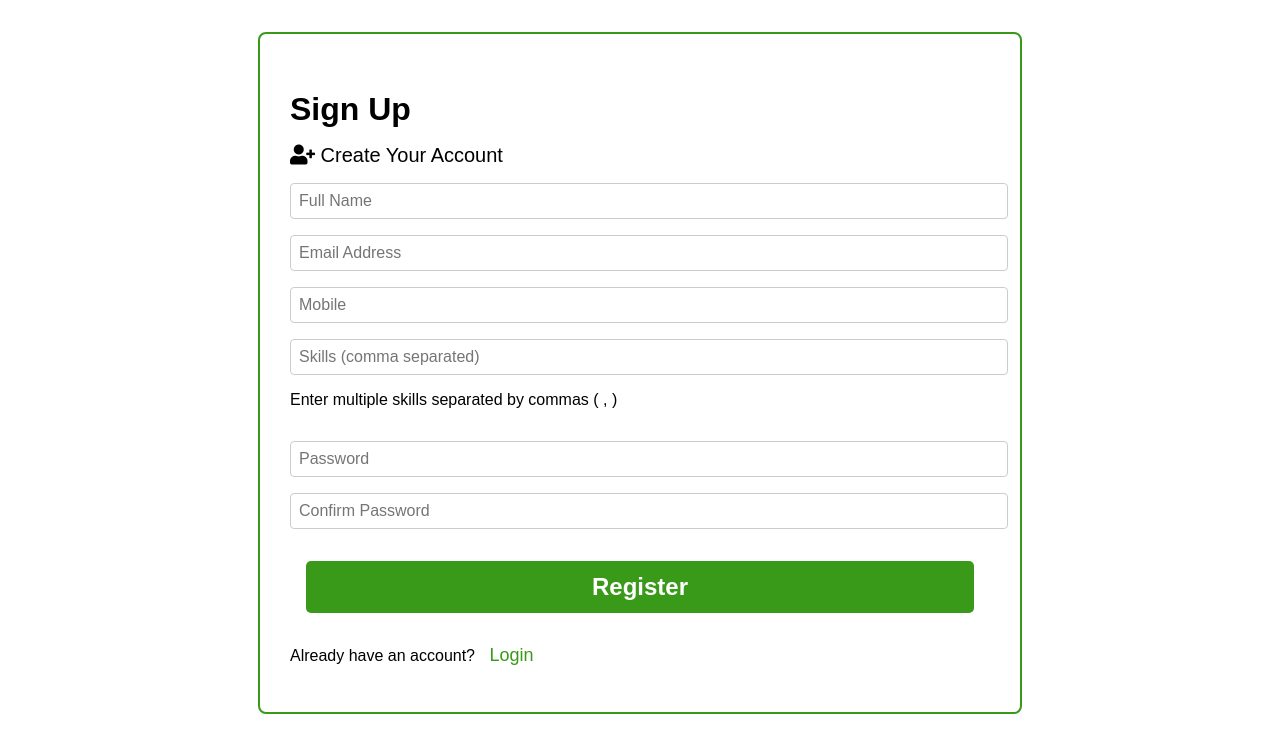
Repository: sayyad-mukthumsa-123/DevMania
Page: /register (app in frontend/)
The author's editor kept a copy of each file at every save. The page is drawn from the files as they stood at one save, then again after the next save.
The browser window is 1280 px wide. The pictures show the whole page.
The project was rebuilt for these pictures with package versions that can differ from the ones it lists, and the page was loaded fresh each time. Also part of the build but not shown: frontend/src/pages/Home.js, frontend/src/pages/login.js, frontend/src/pages/Allprofiles.js, frontend/src/pages/MyProfile.js, frontend/src/pages/Indprofile.js.

Above is the page before, as saved 2025-02-28 23:44:37.

### frontend/public/index.html
<!-- public/index.html -->
<!DOCTYPE html>
<html lang="en">
<head>
  <meta charset="UTF-8">
  <meta name="viewport" content="width=device-width, initial-scale=1.0">
  <title>Developers Hub</title>
  <link rel="stylesheet" href="https://cdnjs.cloudflare.com/ajax/libs/font-awesome/5.15.3/css/all.min.css">
</head>
<body>
  <div id="root"></div>
</body>
</html>

### frontend/src/App.js
import React from 'react'
import {BrowserRouter,Route,Routes} from 'react-router-dom'
import Home from './pages/Home'
import Login from './pages/login'
import Register from './pages/register'
import Allprofiles from './pages/Allprofiles'
import MyProfile from './pages/MyProfile'
import Indprofile from './pages/Indprofile'

const App = () => {
  return (
    <div>

      <BrowserRouter>
      <Routes>
        <Route path='/' exact Component={Home}/>
        <Route path='/login' exact Component={Login}/>
        <Route path='/register' exact Component={Register}/>
        <Route path='/allprofiles' exact Component={Allprofiles}/>
        <Route path='/myprofile' exact Component={MyProfile}/>
        <Route path='/indprofile/:fullname/:email/:skill/:id' exact Component={Indprofile}/>
      </Routes>
      </BrowserRouter>
    </div>
  )
}

export default App

### frontend/src/pages/register.js
import React, { useState } from 'react';
import { Link, useNavigate } from 'react-router-dom';
import axios from 'axios';
import '../styles/styles.css';

const Register = () => {
    const [formData, setFormData] = useState({
        fullname: '',
        email: '',
        mobile: '',
        skill: '',
        password: '',
        confirmPassword: ''
    });

    const navigate = useNavigate();

    const handleChange = e => {
        setFormData({ ...formData, [e.target.name]: e.target.value });
    };

    const handleSubmit = async e => {
        e.preventDefault();

        if (formData.password !== formData.confirmPassword) {
            alert("Passwords do not match");
            return;
        }

        try {
            const response = await axios.post('http://localhost:5000/register', formData, {
                headers: {
                    'Content-Type': 'application/json',
                }
            });

            if (response.status === 200) {
                console.log('Success:', response.data);
                alert('Registration successful! Please log in.');
                navigate('/login');
            } else {
                console.error('Error:', response.statusText);
            }
        } catch (error) {
            console.error('Error:', error);
        }
    };

    return (
        <div>
            <section className="container">
                <h1 className='large'>Sign Up</h1>
                <p className='lead'><i className="fas fa-user-plus"></i> Create Your Account</p>
                <form className='form' onSubmit={handleSubmit} autoComplete='off'>
                    <div className='form-group'>
                        <input
                            type='text'
                            placeholder='Full Name'
                            name="fullname"
                            value={formData.fullname}
                            onChange={handleChange}
                            required
                        />
                    </div>
                    <div className='form-group'>
                        <input
                            type='email'
                            placeholder='Email Address'
                            name="email"
                            value={formData.email}
                            onChange={handleChange}
                            required
                        />
                    </div>
                    <div className='form-group'>
                        <input
                            type='text'
                            placeholder='Mobile'
                            name="mobile"
                            value={formData.mobile}
                            onChange={handleChange}
                            required
                        />
                    </div>
                    <div className='form-group'>
                        <input
                            type='text'
                            placeholder='Skills (comma separated)'
                            name="skill"
                            value={formData.skill}
                            onChange={handleChange}
                            required
                        />
                        <p className='form-text'>Enter multiple skills separated by commas ( , )</p>
                    </div>
                    <div className='form-group'>
                        <input
                            type='password'
                            placeholder='Password'
                            name="password"
                            value={formData.password}
                            onChange={handleChange}
                            minLength='6'
                            required
                        />
                    </div>
                    <div className='form-group'>
                        <input
                            type='password'
                            placeholder='Confirm Password'
                            name="confirmPassword"
                            value={formData.confirmPassword}
                            onChange={handleChange}
                            minLength='6'
                            required
                        />
                    </div>
                    <input type='submit' className='btn' value="Register" />
                </form>
                <p className="text">
                    Already have an account? <Link to="/login" className='link-auth'>Login</Link>
                </p>
            </section>
        </div>
    );
}

export default Register;

### frontend/src/styles/styles.css
/* General reset */
body, html {
  margin: 0;
  padding: 0;
  font-family: Arial, sans-serif;
  width: 100%;
  min-height: 100vh;

}

/* Navbar styles */
.navbar {
  display: flex;
  justify-content: space-between;
  align-items: center;
  padding: 4px;
  font-size: x-large;
  background-color: #22580f
}

.navbar h1 a {
  color: #ffffff;
  text-decoration: none;
}

.navbar ul {
  list-style: none;
  display: flex;
  margin: 0;
  padding: 10px;
  font-size: larger;
}
.navbar ul li
{
  padding: 10px;
  transition: all 0.3s ease;
}
.navbar ul li:hover
{
  transform: scale(1.2);
}
.navbar ul li {
  margin-left: 1rem;
}

.navbar ul li a {
  color: #ffffff;
  text-decoration: none;
}

/* Landing page styles */
/* .landing {
  height: 100%;
  display: flex;
  align-items: center;
  justify-content: center;
  color: black;
  position: relative;
}

.dark-overlay {
  position: absolute;
  top: 0;
  left: 0;
  right: 0;
  bottom: 0;
}

.landing-inner {
  text-align: center;
  z-index: 2;
  position: relative;
}

.x-large {
  font-size: 4rem;
}

.lead {
  font-size: 1.5rem;
  margin-bottom: 2rem;
  color: black;
}

.buttons .btn ,.btn{
  margin: 3rem 2rem;
  padding: 0.75rem 1.25rem;
  border: none;
  border-radius: 5px;
  cursor: pointer;
  text-decoration: none;
  font-size: x-large;
  background-color:#399918 ;
  color: #ffffff;
}


.btn-auth {
  transition: all 0.3s ease;
}
.btn-auth:hover
{
  transform: scale(1.1);
} */

.landing {
  height: 100vh;
  display: flex;
  align-items: center;
  justify-content: center;
  color: white;
  position: relative;
  background: url('../images/home.png') no-repeat center center/cover;
  text-align: center;
  flex-direction: column;
}

.dark-overlay {
  position: absolute;
  top: 0;
  left: 0;
  right: 0;
  bottom: 0;
  background: rgba(0, 0, 0, 0.6); /* Adds a dark overlay for better text visibility */
  display: flex;
  flex-direction: column;
  justify-content: center;
  align-items: center;
}

.landing-inner {
  text-align: center;
  z-index: 2;
  position: relative;
  padding: 2rem;
  max-width: 800px;
}

.x-large {
  font-size: 4rem;
  font-weight: bold;
}

.lead {
  font-size: 1.5rem;
  margin-bottom: 2rem;
}

.buttons {
  display: flex;
  justify-content: center;
  gap: 1.5rem;
}

.btn, .btn-auth {
  margin: 1rem;
  padding: 0.75rem 1.5rem;
  border: none;
  border-radius: 8px;
  cursor: pointer;
  text-decoration: none;
  font-size: 1.25rem;
  font-weight: bold;
  background-color: #399918;
  color: #ffffff;
  transition: all 0.3s ease;
}

.btn-auth:hover {
  transform: scale(1.1);
  background-color: #2e7d12;
}

/* Ensure Navbar stays at the top */
.navbar {
  position: absolute;
  top: 0;
  left: 0;
  width: 100%;
  z-index: 3;
}


/* Container styles */
.container {
  width: 700px;
  margin: 2rem auto;
  padding: 30px;
  border: 2px solid #399918;
  color: black;
  border-radius: 8px;
  position: relative; /* To ensure proper z-index handling */
  z-index: 1; /* Ensures the container is above any background effects */
}

/* Form styles */
.form {


  display: flex;
  flex-direction: column;
}

.form-group {
  margin-bottom: 1.5rem;
}

.form-group input {
  width: 50%;
  padding: 0.75rem;
  font-size: 1rem;
  border: 1px solid black;
  border-radius: 5px;
  transition: border-color 0.3s ease-in-out, box-shadow 0.3s ease-in-out;
}

.form-group input:focus {
  border-color: #f6f7f9;
  box-shadow: 0 0 8px rgba(0, 123, 255, 0.3);
  outline: none;
}

.btn {
  display: inline-block;
  padding: 0.75rem 1.5rem;
  border: none;
  border-radius: 5px;
  cursor: pointer;
  text-decoration: none;
  font-size: 1.5rem;
  text-align: center;
}

/* .btn-primary {
  background-color: #007bff;
  color: #ffffff;
}

.btn-primary:hover {
  background-color: #0056b3;
  opacity: 0.9;
} */

/* .text-primary {
  color: #f6f8fb;
} */

.large {
  font-size: 2rem;
  margin-bottom: 1rem;
}

.lead {
  font-size: 1.25rem;
  margin-bottom: 1rem;
}

.error {
  color: red;
  margin-top: 1rem;
}

p {
  margin-top: 1rem;
}
.link-auth{
  color:#399918;
  text-decoration: none;
  cursor: pointer;
  padding-left:10px ;
  transition: all 0.3s ease;
  display: inline-block;
  font-size: large;
}
.link-auth:hover
{
  transform: scale(1.3);
}
/* Profiles styles */
.profiles {
  display: flex;
  flex-direction: column;
  gap: 1rem;
}

.profile {
  background-color: #f4f4f4;
  padding: 1rem;
  display: flex;
  align-items: center;
  border: 1px solid #ccc;
  box-shadow: 0 4px 8px rgba(0, 0, 0, 0.1);
  border-radius: 5px;
  margin-bottom: 1rem;
}

.profile .round-img {
  width: 100px;
  border-radius: 50%;
  margin-right: 1rem;
}

.profile-info {
  flex: 1;
}

.profile-info h2 {
  margin: 0 0 0.5rem 0;
}

.profile-info p {
  margin: 0.5rem 0;
}

.profile-info .btn {
  display: inline-block;
  background-color:#399918;
  color: #fff;
  padding: 0.5rem 1rem;
  text-decoration: none;
  border-radius: 0.25rem;
  margin-top: 0.5rem;
  transition: all 0.3s ease;
}

.profile-info .btn:hover {
  transform: scale(1.1);
  background-color:#399918;
}

.profile-skills {
  list-style: none;
  padding: 0;
  display: flex;
  flex-direction: column;
  gap: 0.5rem;
  margin-left: 1rem;
  color: black;
}

.profile-skills li {
  display: flex;
  align-items: center;
  color:greenyellow;
}

.profile-skills li i {
  margin-right: 0.5rem;
}

/* GitHub Section */
.profile-github {
  margin-top: 1rem;
}

.profile-github h2 {
  margin-bottom: 1rem;
}

.repo {
  background: #fff;
  padding: 1rem;
  margin-bottom: 1rem;
  border: 1px solid #ccc;
}

.repo h4 {
  margin: 0.5rem 0;
}

.repo p {
  margin: 0.5rem 0;
}

/* Form */
.form {
  margin-top: 1rem;
}

.form-group {
  margin-bottom: 1rem;
}

.form-group input {
  width: 100%;
  padding: 0.5rem;
  border: 1px solid #ccc;
  border-radius: 0.25rem;
}

.form-group input:focus {
  border-color: #007bff;
  outline: none;
}

/* .btn-primary {
  background: #007bff;
  color: #fff;
  border: none;
  padding: 0.5rem 1rem;
  cursor: pointer;
}

.btn-primary:hover {
  background: #0056b3;
} */

/* Profile Grid */
.profile-grid {
  display: grid;
  grid-template-columns: 1fr;
  grid-gap: 1rem;
  margin-top: 1rem;
}

.profile-top {
  background: #0a0a0a;
  color: #fff;
  padding: 1rem;
  text-align: center;
}

.profile-top img {
  width: 150px;
  border-radius: 50%;
}

.profile-top h1 {
  margin: 0.5rem 0;
}

.profile-top p {
  margin: 0.5rem 0;
}
a{
  color:aqua
}
 .white-text {
  color: black;
}
 .skill-text {
  /* background-color: #5e585c16;  */
  color: #c51414;
  padding: 10px 15px;
  border-radius: 5px;
  display: flex;
  align-items: center;
  font-size: 16px;
  margin-top: 2px;
  /* box-shadow: 0 2px 4px rgba(0, 0, 0, 0.1);  */
}


.skill-text i {
  color: #28a745;
  margin-right: 30px;
}
.taskprovider
{
  color:#28a745;
  text-decoration: none;
  font-size: xx-large;
}

Loaded but not shown: frontend/src/index.js (common file); frontend/src/index.css (common file); frontend/src/reportWebVitals.js (common file)

After the next save:
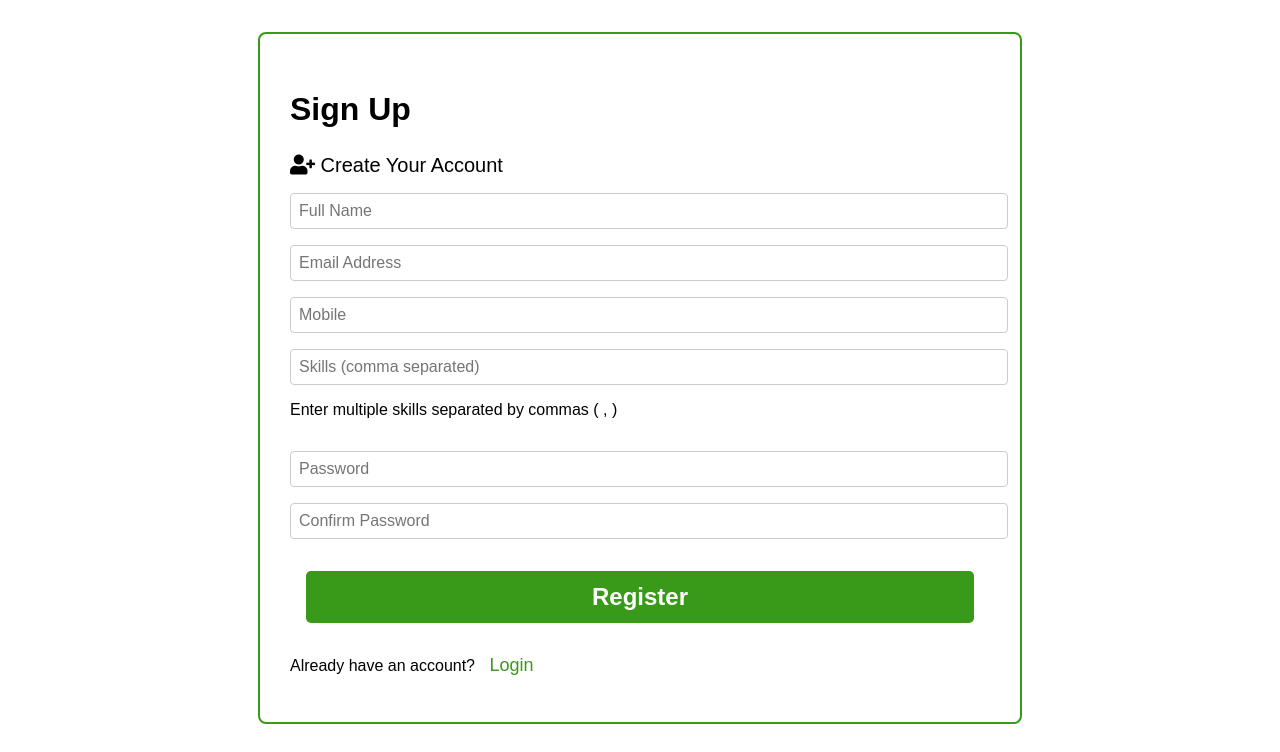
Saved 49 s later.
--- a/frontend/src/styles/styles.css
+++ b/frontend/src/styles/styles.css
@@ -247,7 +247,6 @@
 
 .large {
   font-size: 2rem;
-  margin-bottom: 1rem;
 }
 
 .lead {

After the save that followed:
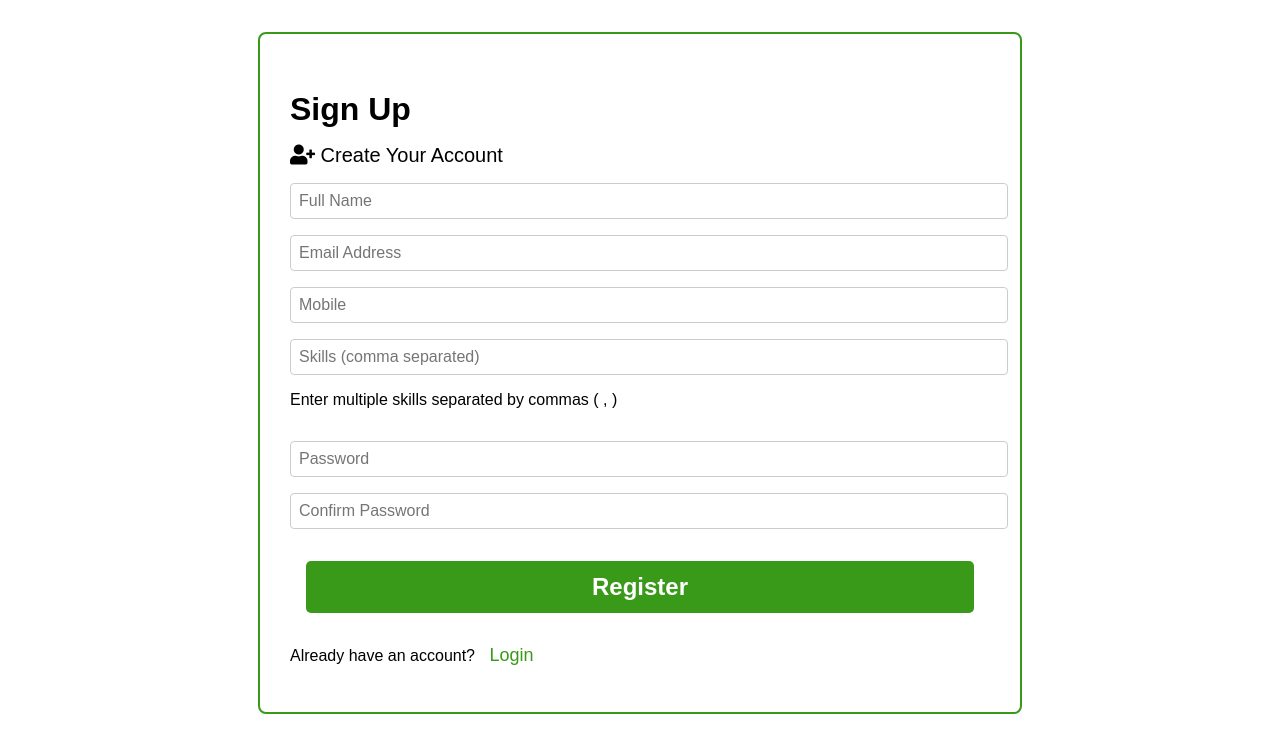
Saved 9 s later.
--- a/frontend/src/styles/styles.css
+++ b/frontend/src/styles/styles.css
@@ -247,6 +247,7 @@
 
 .large {
   font-size: 2rem;
+  margin-bottom: 1rem;
 }
 
 .lead {
